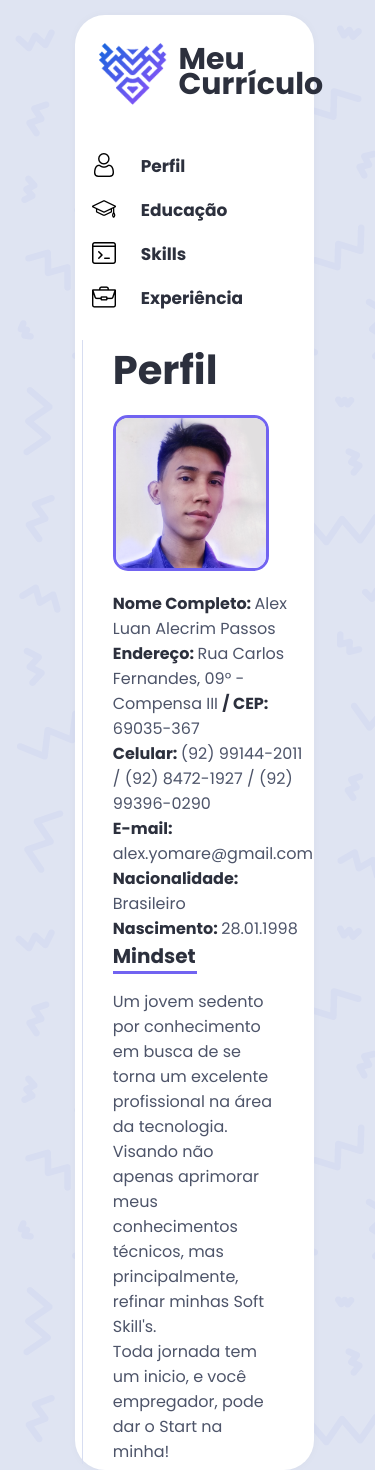
Repository: 4lex-passos/MeuPrimeiroSite
Page: index.html
The author's editor kept a copy of each file at every save. The page is drawn from the files as they stood at one save, then again after the next save.
The browser window is 375 px wide. The pictures show the whole page.

Above is the page before, as saved 2020-10-02 01:49:53.

After the next save:
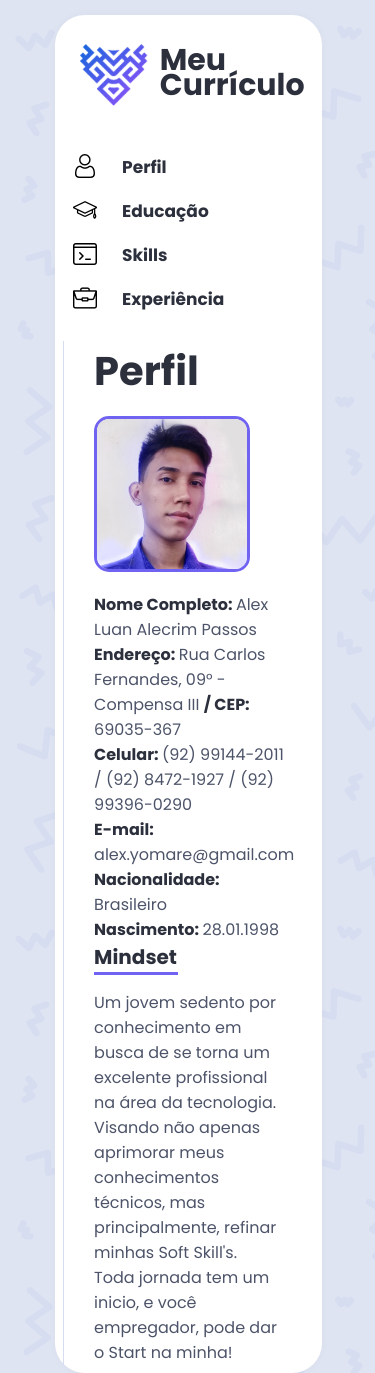
Saved 5 min 15 s later.
--- a/css/style.css
+++ b/css/style.css
@@ -89,6 +89,9 @@ main nav ul li a{
   width: 100%;
   color: #2c303d;
   margin-left: 2.5rem;
+}
+main nav ul li a:active{
+ color: #2065df;
 }
 main nav ul li a:hover{
   background: -webkit-linear-gradient(top left, #2065DF, #A28AF8);
@@ -309,3 +312,9 @@ div.en-superior h5{
   font-size: 6.5rem;
   text-align: center;
 }
+
+@media (max-width: 630px) {
+ .conteiner .box{
+  width: 95%;
+  }
+}
